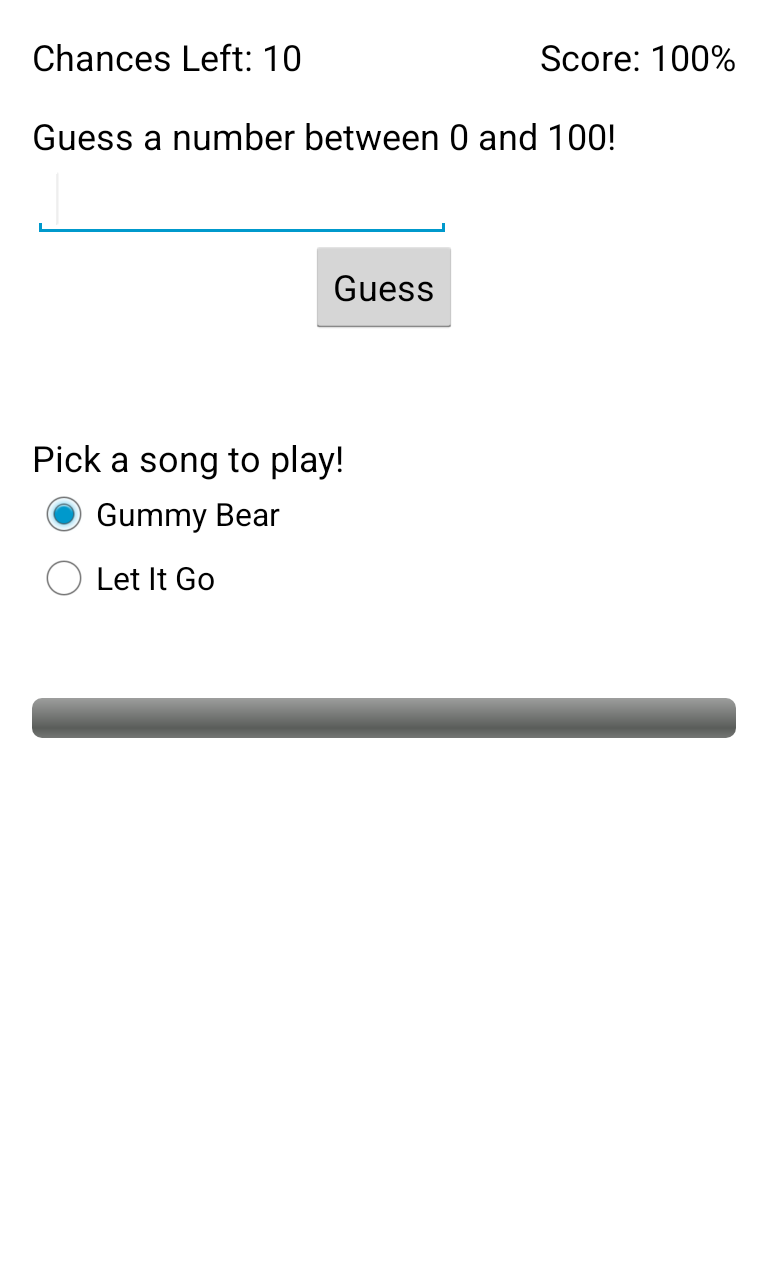
Repository: lethe13/AndroidProgramming
Layout: COMP304-Group1-MicroProject4/res/layout/activity_ggplay_music_progress_bar.xml
An editor plug-in stored every save of this project. The layout is shown before and after the next save, followed by the edit.
It is drawn on a 768 x 1280 px phone screen (xhdpi) without system bars, with theme AppTheme; the app's code is not run.

Above is the layout before, as saved 2015-11-04 02:56:44.

After the next save:
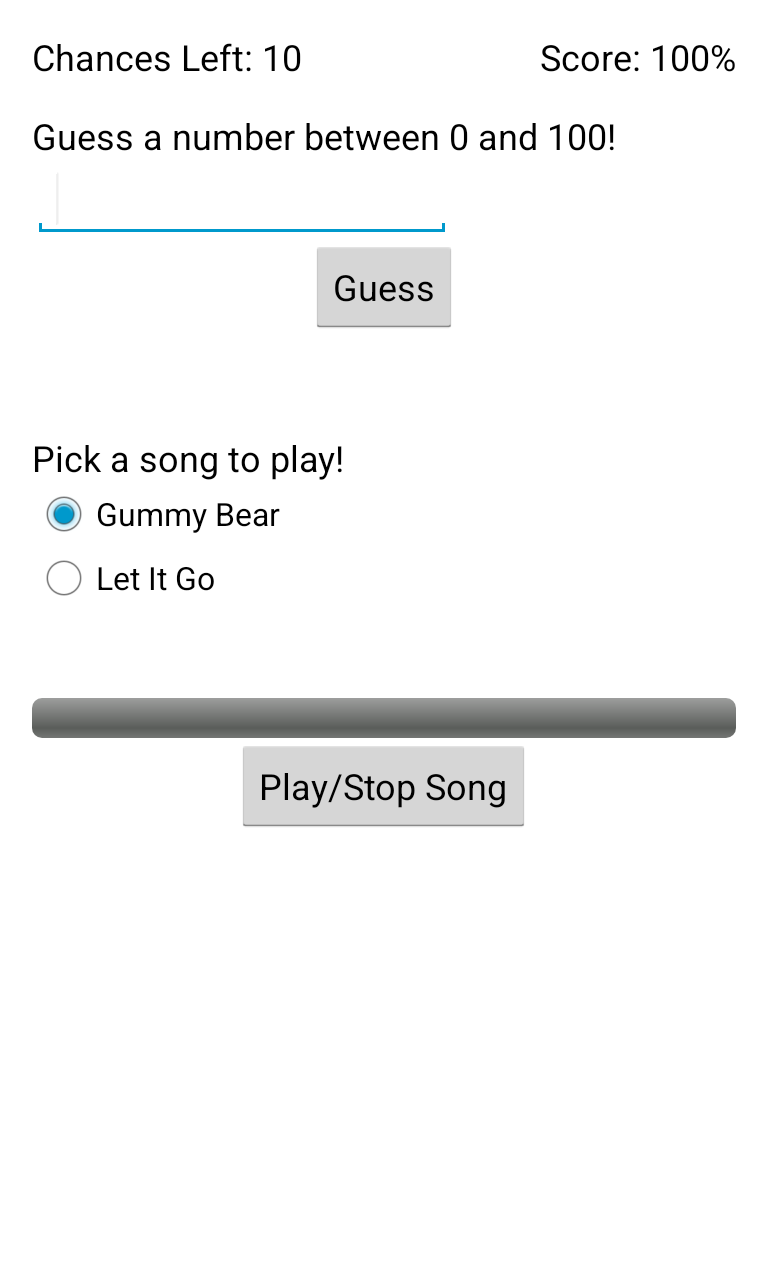
Saved 102 s later.
--- a/COMP304-Group1-MicroProject4/res/layout/activity_ggplay_music_progress_bar.xml
+++ b/COMP304-Group1-MicroProject4/res/layout/activity_ggplay_music_progress_bar.xml
@@ -109,4 +109,12 @@
         android:layout_marginTop="10dp"
         android:layout_below="@+id/lblSongLength" />
 
+    <Button
+        android:id="@+id/btnStop"
+        android:layout_width="wrap_content"
+        android:layout_height="wrap_content"
+        android:layout_centerHorizontal="true"
+        android:layout_below="@+id/pbProgress"
+        android:text="Play/Stop Song" />
+
 </RelativeLayout>
